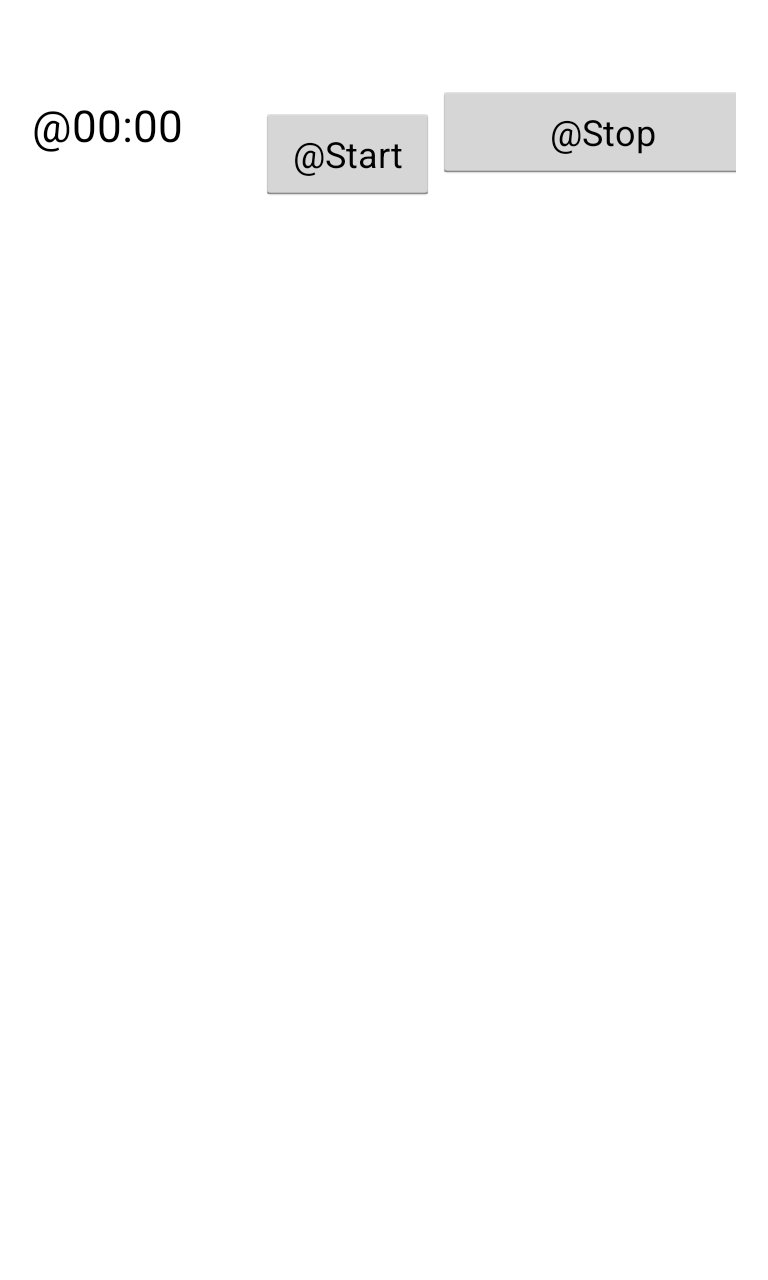
Repository: rjauquet/Android-ECE454
Layout: StopWatch/res/layout/activity_main.xml
The author's editor kept a copy of each file at every save. The layout is drawn from the files as they stood at one save, then again after the next save.
It is drawn on a 768 x 1280 px phone screen (xhdpi) without system bars, with theme AppTheme; the app's code is not run.

Above is the layout before, as saved 2013-09-05 21:11:52.

After the next save:
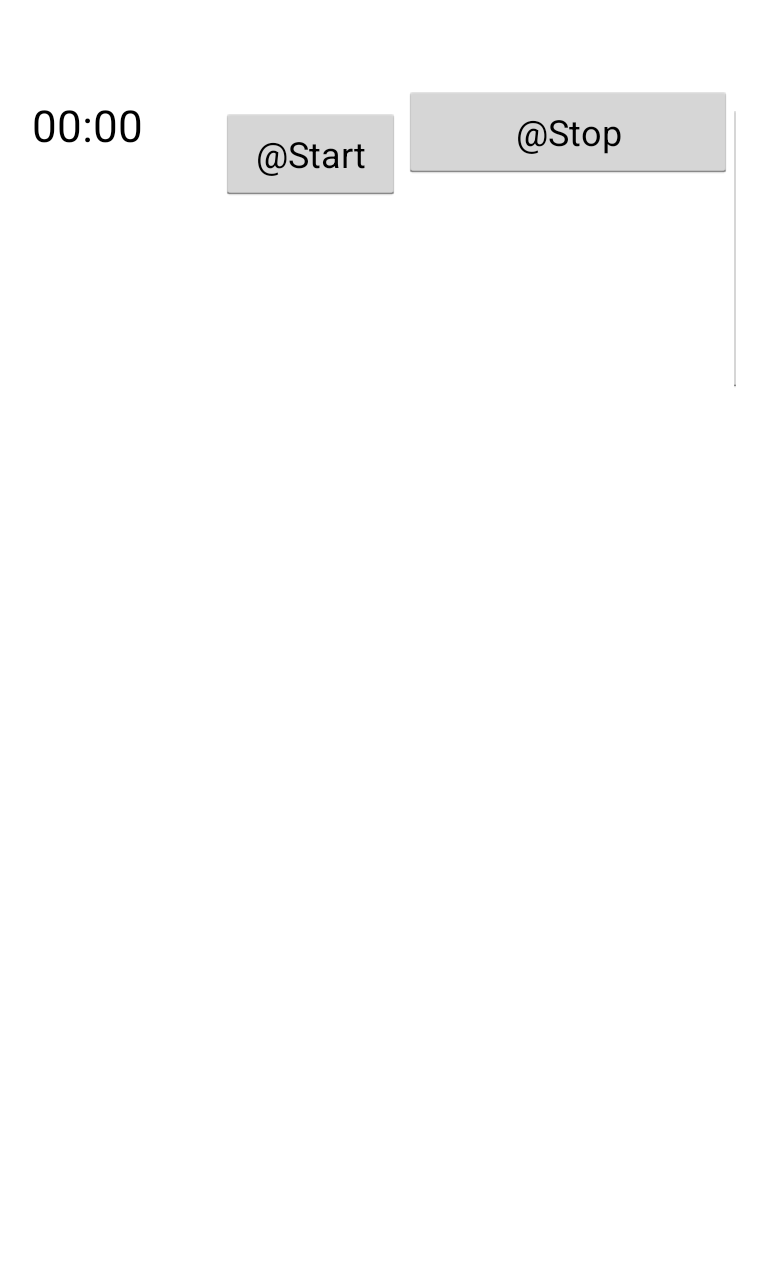
Saved 4 min 22 s later.
--- a/StopWatch/res/layout/activity_main.xml
+++ b/StopWatch/res/layout/activity_main.xml
@@ -13,7 +13,7 @@
         android:layout_width="wrap_content"
         android:layout_height="wrap_content"
         android:layout_marginTop="24dp"
-        android:text="@00:00"
+        android:text="00:00"
         android:textAppearance="?android:attr/textAppearanceLarge" />
 
     <Button
@@ -26,6 +26,13 @@
         android:text="@Start" />
 
     <Button
+        android:id="@+id/stop"
+        android:layout_width="166dp"
+        android:layout_height="wrap_content"
+        android:layout_marginTop="26dp"
+        android:text="@Stop" />
+
+    <Button
         android:id="@+id/pause"
         android:layout_width="wrap_content"
         android:layout_height="wrap_content"
@@ -33,11 +40,4 @@
         android:layout_weight="0.16"
         android:text="@Pause" />
 
-    <Button
-        android:id="@+id/stop"
-        android:layout_width="166dp"
-        android:layout_height="wrap_content"
-        android:layout_marginTop="26dp"
-        android:text="@Stop" />
-
 </LinearLayout>
